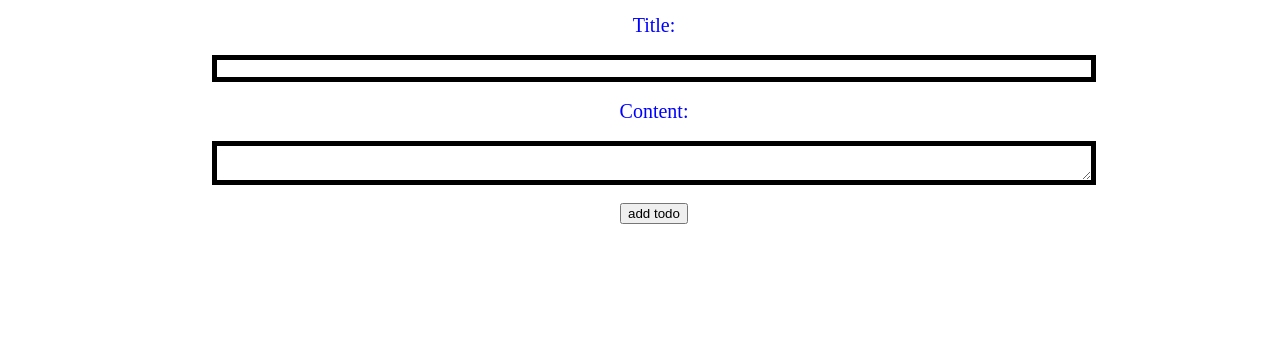
Repository: gabe126679/todo-list
Page: index.html
An editor plug-in stored every save of this project. The page is shown before and after the next save, followed by the edit.
The browser window is 1280 px wide. The page is 1288 px wide, so the pictures cover 1288 px, including what lies to the right of the window. The pictures show the whole page.

Above is the page before, as saved 2022-03-15 15:47:02.

After the next save:
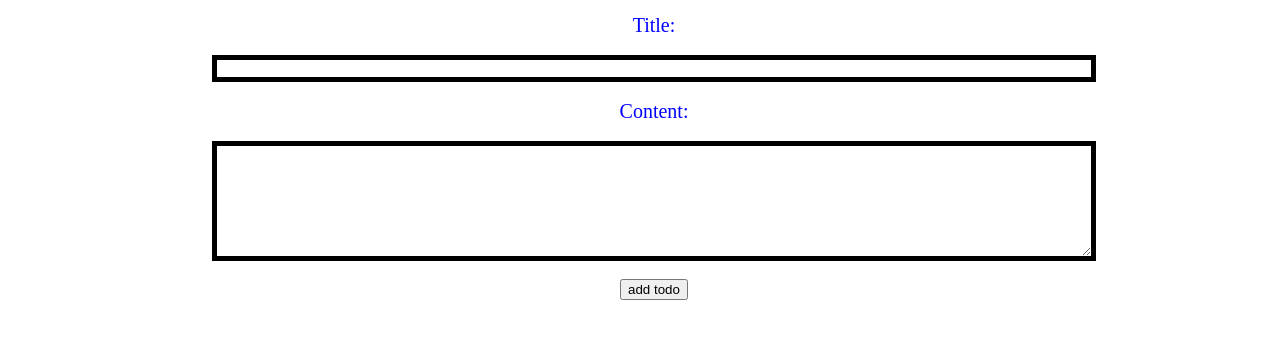
Saved 17 s later.
--- a/index.html
+++ b/index.html
@@ -42,6 +42,7 @@
             width: 70%;
             border: 5px solid #000;
             text-align: center;
+            height: 120px;
         }
     </style>
 </html>
